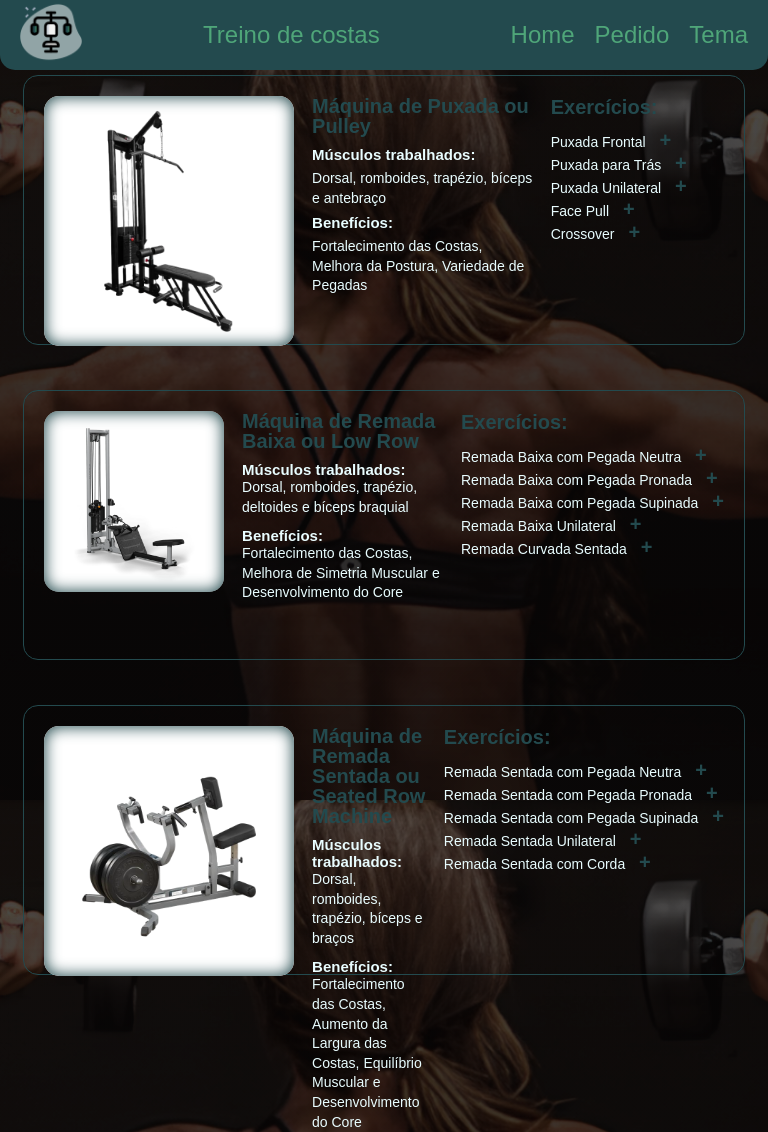
Repository: Marinalr-25/Projeto-Aparelhos-de-Academia
Page: costas.html
The author's editor kept a copy of each file at every save. The page is drawn from the files as they stood at one save, then again after the next save.
The browser window is 768 px wide. The pictures show the whole page.
Backgrounds fixed to the window are drawn as part of the page.

Above is the page before, as saved 2025-01-06 17:38:59.
Console error: TypeError: Cannot read properties of null (reading 'addEventListener')

### costas.html
<!DOCTYPE html>
<html lang="pt">
  <head>
    <meta charset="UTF-8" />
    <meta name="viewport" content="width=device-width, initial-scale=1.0" />
    <link rel="stylesheet" href="css/style.css" />
    <link rel="stylesheet" href="css/temas.css" />
    <link
      rel="stylesheet"
      href="css/media-990.css"
      media="(max-width: 990px)"
    />
    <link
      rel="stylesheet"
      href="css/media-767.css"
      media="(max-width: 767px)"
    />

    <link
      rel="stylesheet"
      href="css/media-660.css"
      media="(max-width: 660px)"
    />
    <link
      rel="stylesheet"
      href="css/media-580.css"
      media="(max-width: 580px)"
    />

    <title>costas</title>
  </head>
  <body class="body costas">
    <header class="header sobe">
      <a href="telaPrincipal.html">
        <img class="logo" src="imagens/logoverde.png" alt="logo" />
      </a>
      <p>Treino de costas</p>
      <nav>
        <ul>
          <li class="lista-cabecalho" class="homeCostas">
            <a href="telaPrincipal.html">Home</a>
          </li>
          <li class="lista-cabecalho" id="pedido">
            <a href="pedido.html">Pedido</a>
          </li>
          <li class="lista-cabecalho" id="tema"><a href="#">Tema</a></li>
        </ul>
      </nav>
      <div class="nav-icones">
        <svg
          xmlns="http://www.w3.org/2000/svg"
          class="nav-icone--menu"
          viewBox="0 0 512 512"
        >
          <path
            fill="none"
            stroke="currentColor"
            stroke-linecap="round"
            stroke-miterlimit="10"
            stroke-width="32"
            d="M80 160h352M80 256h352M80 352h352"
          ></path>
        </svg>

        <svg
          xmlns="http://www.w3.org/2000/svg"
          class="nav-icone--fechar"
          viewBox="0 0 512 512"
        >
          <path
            fill="none"
            stroke="currentColor"
            stroke-linecap="round"
            stroke-linejoin="round"
            stroke-width="32"
            d="M368 368L144 144M368 144L144 368"
          ></path>
        </svg>
      </div>
    </header>
    <main class="mainBody move-bottom">
      <section>
        <div class="container">
          <div class="maquinas">
            <img
              class="img-maquinas"
              src="aparelhos/maquina-pulley.png"
              alt="maquina-pulley"
            />
            <div class="informacoes">
              <div>
                <h2 class="title">Máquina de Puxada ou Pulley</h2>
              </div>
              <div class="separar">
                <div class="infos">
                  <h3 class="h3">Músculos trabalhados:</h3>
                  <p class="info">
                    Dorsal, romboides, trapézio, bíceps e antebraço
                  </p>
                </div>
                <div class="infos">
                  <h3 class="h3">Benefícios:</h3>
                  <p class="info">
                    Fortalecimento das Costas, Melhora da Postura, Variedade de
                    Pegadas
                  </p>
                </div>
              </div>
            </div>
            <div class="exercicios">
              <h3 class="title">Exercícios:</h3>
              <ul>
                <li>
                  Puxada Frontal
                  <span class="mais">+</span>
                  <div class="tooltip">
                    Sente-se na máquina, segure a barra com as mãos afastadas na
                    largura dos ombros (pegada pronada ou neutra) e puxe a barra
                    em direção ao peito, mantendo os cotovelos para baixo e para
                    trás.
                  </div>
                </li>
                <li>
                  Puxada para Trás
                  <span class="mais">+</span>
                  <div class="tooltip">
                    Sente-se na máquina, segure a barra com as palmas para cima
                    e as mãos mais afastadas que a largura dos ombros e puxe a
                    barra em direção ao peito, mantendo os cotovelos para trás e
                    perto do corpo
                  </div>
                </li>
                <li>
                  Puxada Unilateral
                  <span class="mais">+</span>
                  <div class="tooltip">
                    Sente-se ou fique de pé, segurando uma alça com uma mão e
                    mantendo o tronco estável, com a outra mão livre ou
                    segurando o apoio da máquina. Puxe o cabo em direção ao
                    tronco, mantendo o cotovelo próximo ao corpo e a escápula
                    contraída.
                  </div>
                </li>
                <li>
                  Face Pull
                  <span class="mais">+</span>
                  <div class="tooltip">
                    Segure a corda com as duas mãos e puxe o cabo em direção ao
                    rosto, ativando os deltoides posteriores e o trapézio.
                  </div>
                </li>
                <li>
                  Crossover
                  <span class="mais">+</span>
                  <div class="tooltip">
                    Com as cordas ou alças ajustadas nas duas extremidades da
                    máquina, puxe as alças cruzando-as à frente do corpo, como
                    se estivesse tentando juntar as mãos em um movimento de
                    abertura de peito.
                  </div>
                </li>
              </ul>
            </div>
          </div>
          <div class="maquinas">
            <div class="img-maquinas">
              <img src="aparelhos/maquina-low-row.png" alt="maquina-pulley" />
            </div>
            <div class="informacoes">
              <div>
                <h2 class="title">Máquina de Remada Baixa ou Low Row</h2>
              </div>
              <div class="infos">
                <h3 class="h3">Músculos trabalhados:</h3>
                <p class="info">
                  Dorsal, romboides, trapézio, deltoides e bíceps braquial
                </p>
              </div>
              <div class="infos">
                <h3 class="h3">Benefícios:</h3>
                <p class="info">
                  Fortalecimento das Costas, Melhora de Simetria Muscular e
                  Desenvolvimento do Core
                </p>
              </div>
            </div>
            <div class="exercicios">
              <h3 class="title">Exercícios:</h3>
              <ul>
                <li>
                  Remada Baixa com Pegada Neutra
                  <span class="mais">+</span>
                  <div class="tooltip">
                    Esse é o exercício clássico na máquina, onde a pessoa usa um
                    pegador em formato de "V" (pegada neutra) para trabalhar
                    principalmente a espessura da parte média das costas, com
                    foco nos músculos romboides e dorsais
                  </div>
                </li>
                <li>
                  Remada Baixa com Pegada Pronada
                  <span class="mais">+</span>
                  <div class="tooltip">
                    Nessa variação, o pegador é reto e a pegada é com as palmas
                    voltadas para baixo, o que enfatiza mais o trapézio e o
                    latíssimo do dorso, além de dar um estímulo aos romboides
                  </div>
                </li>
                <li>
                  Remada Baixa com Pegada Supinada
                  <span class="mais">+</span>
                  <div class="tooltip">
                    Aqui a pegada é invertida, com as palmas das mãos voltadas
                    para cima. Essa variação ajuda a ativar mais o bíceps junto
                    com as costas, criando um movimento que trabalha tanto a
                    parte superior quanto inferior das costas
                  </div>
                </li>
                <li>
                  Remada Baixa Unilateral
                  <span class="mais">+</span>
                  <div class="tooltip">
                    Esse exercício é feito segurando o pegador com uma única mão
                    de cada vez, permitindo maior foco no lado direito ou
                    esquerdo das costas separadamente, o que ajuda na simetria e
                    força
                  </div>
                </li>
                <li>
                  Remada Curvada Sentada
                  <span class="mais">+</span>
                  <div class="tooltip">
                    Uma variação onde o tronco se inclina ligeiramente para
                    frente antes de puxar o cabo, ativando diferentes áreas dos
                    dorsais e da parte inferior das costas, além de trabalhar a
                    estabilização
                  </div>
                </li>
              </ul>
            </div>
          </div>
          <div class="maquinas">
            <img
              class="img-maquinas"
              src="aparelhos/seated-row-machine.png"
              alt="maquina-pulley"
            />
            <div class="informacoes">
              <div>
                <h2 class="title">
                  Máquina de Remada Sentada ou Seated Row Machine
                </h2>
              </div>
              <div class="infos">
                <h3 class="h3">Músculos trabalhados:</h3>
                <p class="info">Dorsal, romboides, trapézio, bíceps e braços</p>
              </div>
              <div class="infos">
                <h3 class="h3">Benefícios:</h3>
                <p class="info">
                  Fortalecimento das Costas, Aumento da Largura das Costas,
                  Equilíbrio Muscular e Desenvolvimento do Core
                </p>
              </div>
            </div>
            <div class="exercicios">
              <h3 class="title">Exercícios:</h3>
              <ul>
                <li>
                  Remada Sentada com Pegada Neutra
                  <span class="mais">+</span>
                  <div class="tooltip">
                    Segure as alças com as palmas das mãos voltadas uma para a
                    outra (pegada neutra) e puxe em direção ao tronco, mantendo
                    os cotovelos próximos ao corpo e os ombros relaxados.
                    Contraia as escápulas no final do movimento
                  </div>
                </li>
                <li>
                  Remada Sentada com Pegada Pronada
                  <span class="mais">+</span>
                  <div class="tooltip">
                    Segure a barra com as palmas das mãos voltadas para baixo
                    (pegada pronada) e puxe a barra para o corpo, mantendo os
                    cotovelos alinhados com o tronco. Evite balançar o corpo e
                    use um movimento controlado
                  </div>
                </li>
                <li>
                  Remada Sentada com Pegada Supinada
                  <span class="mais">+</span>
                  <div class="tooltip">
                    Segure a barra com as palmas das mãos voltadas para cima
                    (pegada supinada). Puxe a barra em direção ao corpo,
                    mantendo os cotovelos mais baixos e próximos ao tronco
                  </div>
                </li>
                <li>
                  Remada Sentada Unilateral
                  <span class="mais">+</span>
                  <div class="tooltip">
                    Segure a alça com uma mão e puxe o cabo em direção ao
                    tronco. Mantenha o tronco estável e evite torcer o corpo.
                    Repita o movimento para o outro lado
                  </div>
                </li>
                <li>
                  Remada Sentada com Corda
                  <span class="mais">+</span>
                  <div class="tooltip">
                    Use uma corda para segurar as alças e puxe em direção ao
                    tronco, abrindo as mãos ao final do movimento, aumentando a
                    contração nos romboides e trapézio.
                  </div>
                </li>
              </ul>
            </div>
          </div>
        </div>
      </section>
    </main>
    <section class="pop-up-temas">
      <div class="container">
        <div class="bolinha verde"></div>
        <div class="bolinha azul"></div>
        <div class="bolinha rosa"></div>
        <div class="bolinha vermelho"></div>
        <div class="bolinha roxo"></div>
        <div class="bolinha laranja"></div>
        <svg
          xmlns="http://www.w3.org/2000/svg"
          class="icone-fechar"
          viewBox="0 0 512 512"
        >
          <path
            fill="none"
            stroke="currentColor"
            stroke-linecap="round"
            stroke-linejoin="round"
            stroke-width="32"
            d="M368 368L144 144M368 144L144 368"
          ></path>
        </svg>
      </div>
    </section>
    <script src="js/script.js"></script>
    <script src="js/costas.js"></script>
    <script src="js/temas.js"></script>
  </body>
</html>

### css/temas.css
:root {
  --cor-fundo: #234a4e;
  --cor-texto: #4fa679;
  --verde-primario: #234a4e;
  --verde-secundario: #4fa679;
  --azul-primario: #0d6bb2;
  --azul-secundario: #83e3ff;
  --rosa-primario: #ae2478;
  --rosa-secundario: #eed3e4;
  --vermelho-primario: #a50000;
  --vermelho-secundario: #e4b2b2;
  --roxo-primario: #4c4c99;
  --roxo-secundario: #c9c9e0;
  --laranja-primario: #ff6c37;
  --laranja-secundario: #ffd2c3;
}

.pop-up-temas {
  display: none;
  transition: opacity 0.3s ease, transform 0.3s ease;
  &.aberto {
    display: flex;
    position: fixed;
    top: 50%;
    left: 50%;
    transform: translate(-50%, -50%);
    opacity: 1;
    height: 18rem;
    background-color: rgba(0, 0, 0, 0.95);
    border-radius: 1.5rem;

    & .container {
      display: flex;
      justify-content: center;
      align-items: center;
      gap: 1rem;
      flex-direction: row;
      padding: 2rem;
      max-width: 65rem;
      position: relative;

      & .bolinha {
        width: 4rem;
        height: 4rem;
        margin: 0.5rem;
        border-radius: 50%;

        &.verde {
          background: linear-gradient(
            to right,
            var(--verde-primario) 50%,
            var(--verde-secundario) 50%
          );
        }
        &.azul {
          background: linear-gradient(
            to right,
            var(--azul-primario) 50%,
            var(--azul-secundario) 50%
          );
        }

        &.rosa {
          background: linear-gradient(
            to right,
            var(--rosa-primario) 50%,
            var(--rosa-secundario) 50%
          );
        }
        &.vermelho {
          background: linear-gradient(
            to right,
            var(--vermelho-primario) 50%,
            var(--vermelho-secundario) 50%
          );
        }
        &.roxo {
          background: linear-gradient(
            to right,
            var(--roxo-primario) 50%,
            var(--roxo-secundario) 50%
          );
        }
        &.laranja {
          background: linear-gradient(
            to right,
            var(--laranja-primario) 50%,
            var(--laranja-secundario) 50%
          );
        }
      }
      & .icone-fechar {
        display: block;
        position: absolute;
        top: 0;
        right: 0;
        color: var(--cor-texto);
        z-index: 10001;
        width: 5rem;
        height: 5rem;
      }
    }
  }
}

### css/media-990.css
@media all and (max-width: 61.87em) {
  .body.costas {
    background-size: cover;
    & .mainBody {
      margin-top: 5rem;
      & .container {
        & .maquinas {
          width: 94vw;
          height: 27rem;
          gap: 1.8rem;

          & .img-maquinas {
            & img {
              width: 18rem;
              height: 18rem;
            }
            &:nth-child(1) {
              align-items: center;
            }
          }
        }

        & .informacoes {
          max-width: 100%;
          gap: 1rem;
          padding: 0;
          & .title {
            font-size: 2rem;
            line-height: 1;
          }

          & .separar {
            gap: 0.6rem;
          }

          & .infos {
            & .h3 {
              font-size: 1.5rem;
            }
            & .info {
              font-size: 1.4rem;
            }
          }
        }

        & .exercicios {
          max-width: 100%;
          gap: 1rem;

          & .title {
            font-size: 2rem;
          }

          & ul li {
            font-size: 1.4rem;
            padding-bottom: 0rem;
          }
        }
      }
    }
  }
}

### css/media-767.css
@media all and (max-width: 48em) {
  html {
    font-size: 56.25%;
  }

  .header {
    font-size: 2rem;
  }

  .tela-inicial {
    & .box-inicial {
      & .segunda-tela {
        & .aparelhos {
          width: 15rem;
          &.esquerda {
            top: 15px;
          }
        }
      }
    }
  }

  .body {
    .header {
      & .logo {
        width: 10.7vw;
        height: 10.7vw;
        min-height: 9rem;
        min-width: 9rem;
      }

      nav {
        display: none;
        opacity: 0;
        transform: translateX(100%);
        transition: opacity 0.3s ease;

        &.aberto {
          display: flex;
          opacity: 0.9;
          transform: translateX(0);
        }
      }
      & .nav-icones {
        display: block;
        max-width: 30%;
        width: 5rem;
        height: 5rem;
        margin-right: 2rem;
        margin-left: 2rem;
        color: var(--cor-texto);
        z-index: 10001;
      }
    }
    & .nav-icone--fechar {
      display: none;
    }
    &.aberto {
      opacity: 0.9;
      & nav {
        display: flex;
        flex-direction: column;
        justify-content: center;
        transform: translateX(100%);
        transition: opacity 0.3s ease, transform 0.3s ease;
        align-items: center;
        box-shadow: inset 0 0 0 3px var(--cor-texto);
        background-color: var(--cor-fundo);
        border-top-left-radius: 50px;
        border-bottom-left-radius: 50px;
        opacity: 0.9;
        position: fixed;
        top: 0;
        width: 20%;
        height: 700px;
        right: 0;
        z-index: 1000;
        overflow: hidden;

        & ul {
          flex-direction: column;
          align-items: center;
          & li {
            &:hover {
              text-decoration: underline;
            }
          }
        }
      }
      & .nav-icone--menu {
        display: block;
      }
      & .nav-icone--fechar {
        display: none;
      }
    }

    & .tela-principal {
      & .container {
        & .box {
          &.braco {
            background-image: url(/imagens/braço.png);
          }

          &.perna {
            background-image: url(/imagens/perna.png);
          }

          &.ombro {
            background-image: url(/imagens/ombro.png);
          }

          &.costas {
            background-image: url(/imagens/costasHDrecortada.png);
          }

          &.peito {
            background-image: url(/imagens/peito.png);
          }
          &.abdomen {
            background-image: url(/imagens/abdomen.png);
          }
        }
      }
    }
    &.costas {
      & .mainBody {
        margin-top: 5rem;
        & .container {
          flex-direction: row;
          justify-content: center;
          flex-wrap: wrap;
          padding-top: 3.5rem;
          & .maquinas {
            flex-direction: column;
            width: 40rem;
            height: auto;
            & .img-maquinas {
              display: block;
              margin: 0 auto;
            }

            & .informacoes {
              & .title {
                font-size: 2rem;
                line-height: 1;
              }
              & .infos {
                & .h3 {
                  font-size: 1.8rem;
                }
                & .info {
                  font-size: 1.6rem;
                }
              }
            }

            & .exercicios {
              width: 100%;
              gap: 0.5rem;

              & ul li {
                font-size: 1.6rem;
                padding-bottom: 0;
              }
            }
          }
        }
      }
    }
  }
}

### css/media-660.css
@media all and (max-width: 41.25em) {
  .tela-inicial {
    & .box-inicial {
      & .primeira-tela {
        justify-content: center;
      }
      & .segunda-tela {
        gap: 1.5rem;
      }
      & .pontos {
        & div {
          width: 0.9rem;
          height: 0.9rem;
        }
        & .primeiro-ponto {
          transform: translate(-25px, 7px);
        }
        & .segundo-ponto {
          transform: translate(0, 0);
        }
        & .terceiro-ponto {
          transform: translate(25px, -7px);
        }
      }
    }

    .topo {
      & .h2-muitoBem {
        text-align: center;
        & #nome-saudacao {
          display: block;
        }
      }
    }
  }

  .body.costas {
    background-size: cover;
  }
}

### css/media-580.css
@media all and (max-width: 36.25em) {
  .tela-inicial {
    & .box-inicial {
      height: 60rem;
      & .pontos {
        & div {
          width: 0.9rem;
        }
        & .primeiro-ponto {
          transform: translate(-25px, -3px);
        }
        & .segundo-ponto {
          transform: translate(0, -10px);
        }
        & .terceiro-ponto {
          transform: translate(25px, -17px);
        }
      }
    }
  }
}

Loaded but not shown: js/temas.js (93 lines, source omitted); js/script.js (83 lines, source omitted); js/costas.js (18 lines, source omitted); css/style.css (565 lines, source omitted)

After the next save:
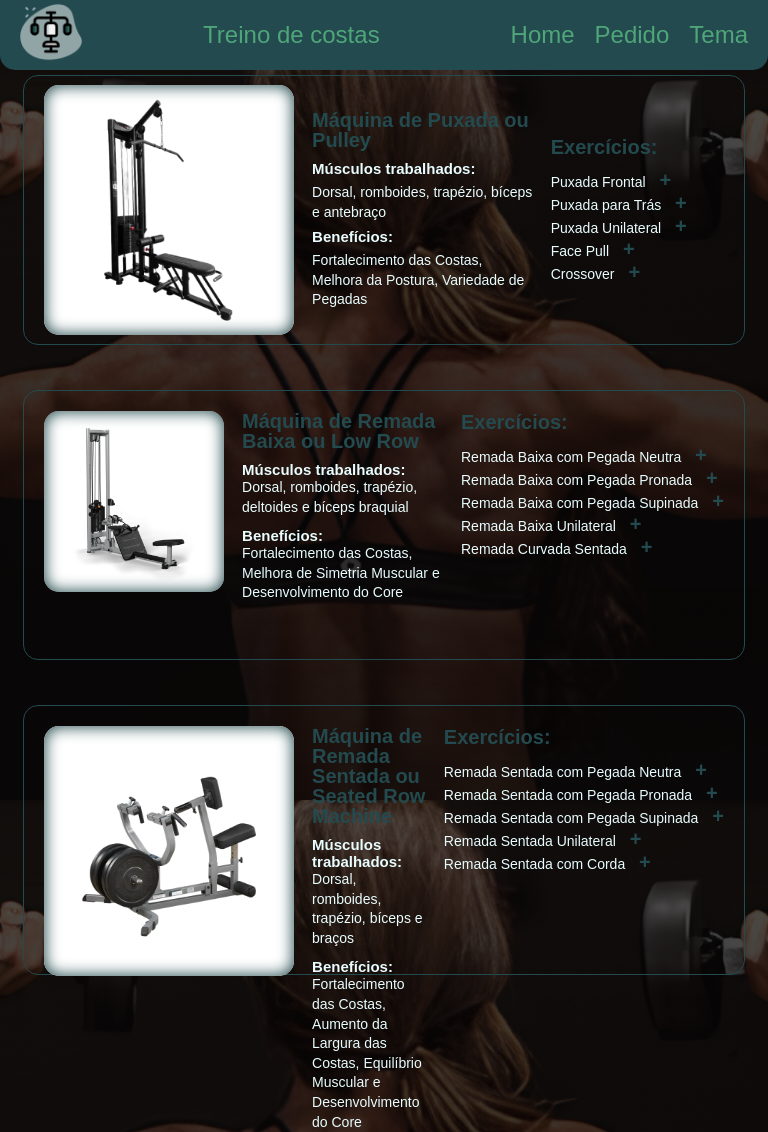
Saved 20 s later.
--- a/css/media-990.css
+++ b/css/media-990.css
@@ -9,13 +9,14 @@
           height: 27rem;
           gap: 1.8rem;
 
+          &:nth-child(1) {
+            align-items: center;
+          }
+
           & .img-maquinas {
             & img {
               width: 18rem;
               height: 18rem;
-            }
-            &:nth-child(1) {
-              align-items: center;
             }
           }
         }

After the save that followed:
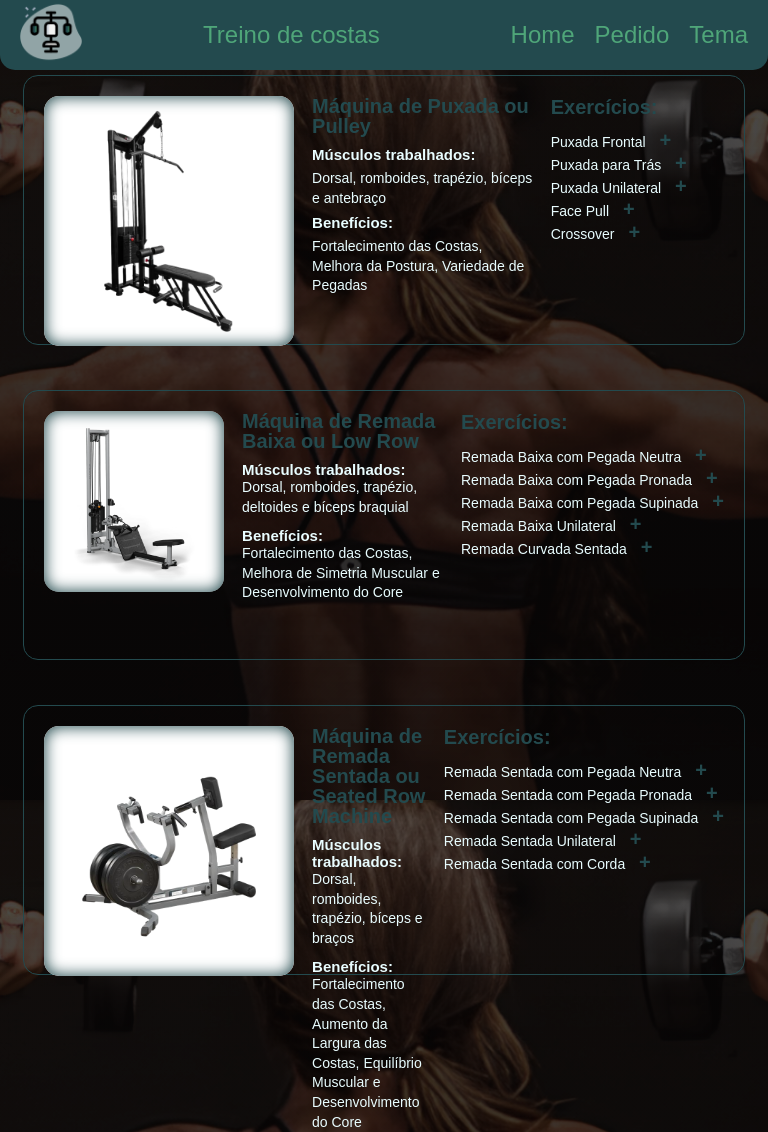
Saved 43 s later.
--- a/css/media-990.css
+++ b/css/media-990.css
@@ -9,11 +9,10 @@
           height: 27rem;
           gap: 1.8rem;
 
-          &:nth-child(1) {
-            align-items: center;
-          }
-
           & .img-maquinas {
+            &:nth-child(1) {
+              align-items: center;
+            }
             & img {
               width: 18rem;
               height: 18rem;
